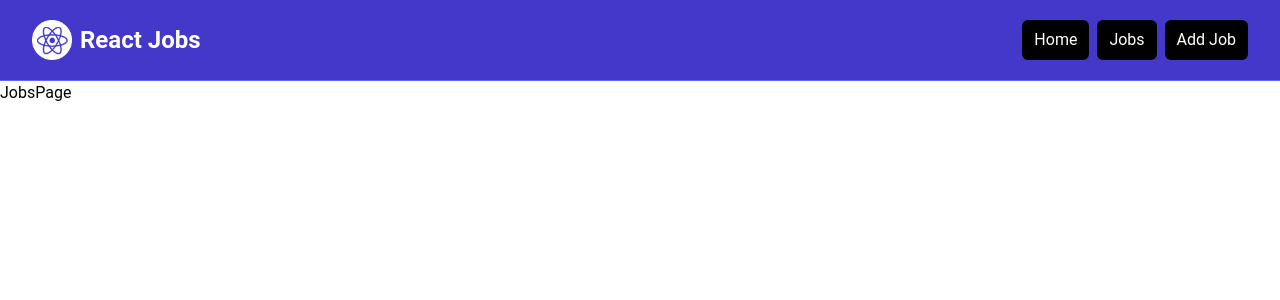
Repository: Geohot-2020/React_setup
Page: /jobs (app in react-crash-2024/)
An editor plug-in stored every save of this project. The page is shown before and after the next save, followed by the edit.
The browser window is 1280 px wide. The pictures show the whole page.
The project was rebuilt for these pictures with package versions that can differ from the ones it lists, and the page was loaded fresh each time. Also part of the build but not shown: react-crash-2024/vite.config.js, react-crash-2024/src/components/Hero.jsx, react-crash-2024/src/components/Card.jsx, react-crash-2024/src/components/HomeCards.jsx, react-crash-2024/src/components/JobListing.jsx, react-crash-2024/src/components/JobListings.jsx, react-crash-2024/src/components/ViewAllJobs.jsx, react-crash-2024/src/pages/HomePage.jsx and 1 more.

Above is the page before, as saved 2024-11-13 17:19:41.

After the next save:
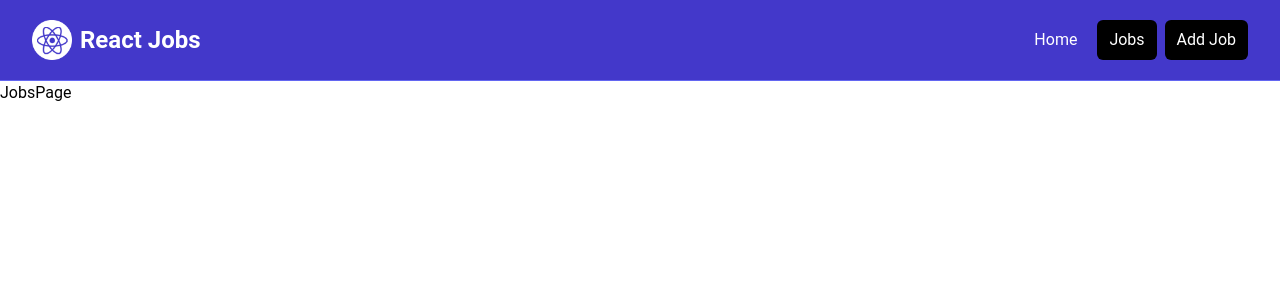
Saved 36 s later.
--- a/react-crash-2024/src/components/Navbar.jsx
+++ b/react-crash-2024/src/components/Navbar.jsx
@@ -25,7 +25,7 @@ const Navbar = () => {
                             <div className="flex space-x-2">
                                 <NavLink
                                     to="/"
-                                    className={ ( isActive) => isActive ? 'bg-black text-white hover:bg-gray-900 hover:text-white rounded-md px-3 py-2': 'text-white hover:bg-gray-900 hover:text-white rounded-md px-3 py-2'}
+                                    className={ ( {isActive}) => isActive ? 'bg-black text-white hover:bg-gray-900 hover:text-white rounded-md px-3 py-2': 'text-white hover:bg-gray-900 hover:text-white rounded-md px-3 py-2'}
                                 >Home</NavLink
                                 >
                                 <NavLink
